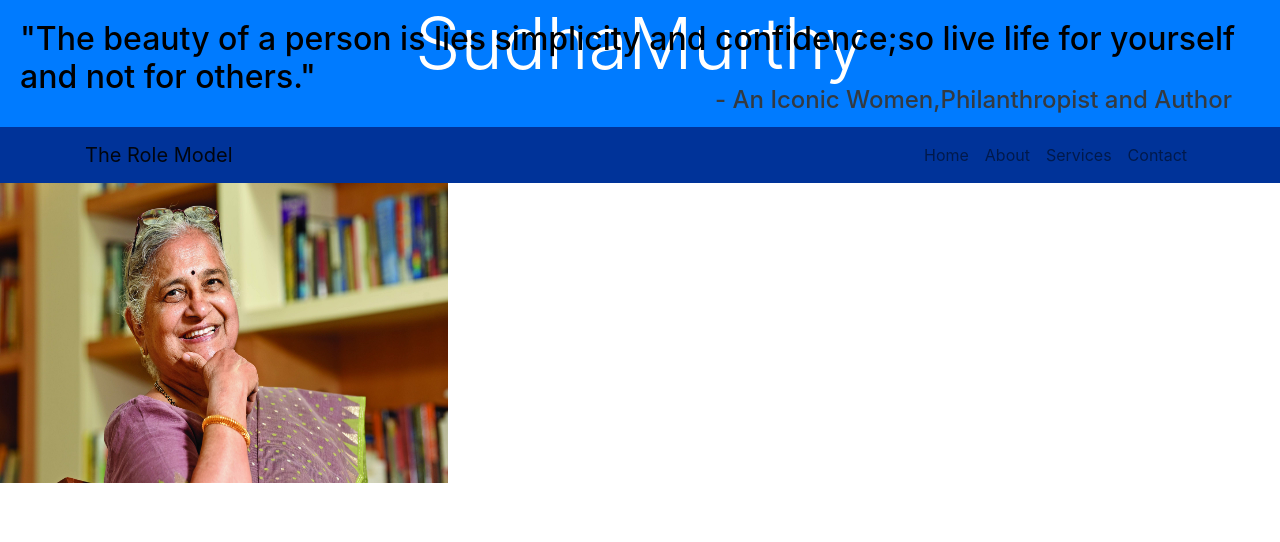
Repository: sumanthr18/RoleModel
Page: index.html
These files come from the project's save history. The page is drawn as it stood at one moment and after the next save; the edit follows.
The browser window is 1280 px wide. The pictures show the whole page.

Above is the page before, as saved 2020-03-14 16:55:25.

After the next save:
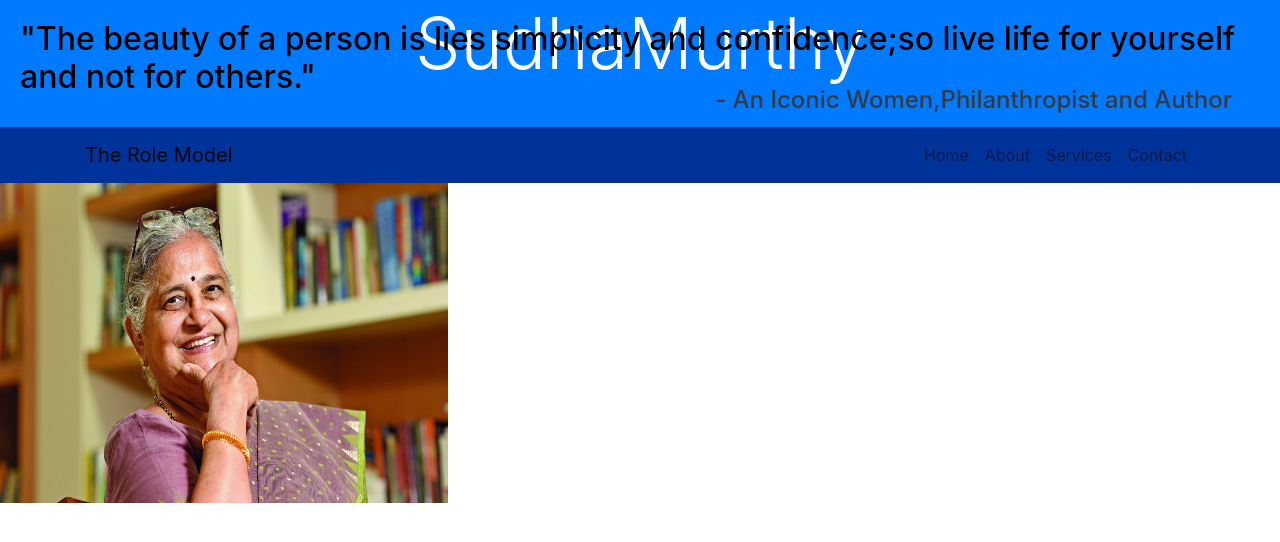
Saved 6 s later.
--- a/index.html
+++ b/index.html
@@ -36,7 +36,7 @@
         </div>
     </nav>
     <div>
-        <img style="width:35%;height:300px" src="Sudha_Murty_1-update.jpg">
+        <img style="width:35%;height:320px" src="Sudha_Murty_1-update.jpg">
         <div class="card-img-overlay">
             <h2 style="color: black;" class="card-text">"The beauty of a person is lies simplicity and confidence;so live life for yourself and not for others."</h2>
         </div>
